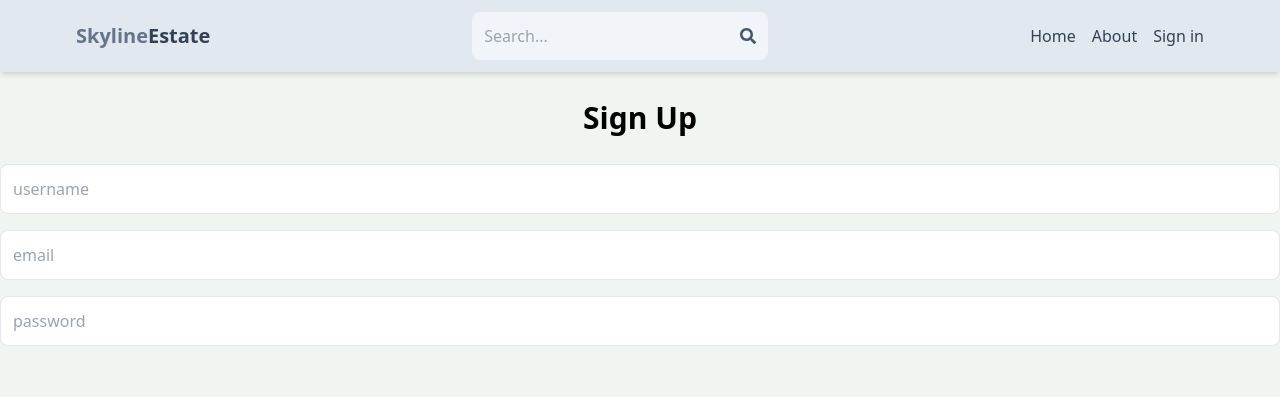
Repository: stavan30/mern-estate
Page: /sign-up (app in client/)
These files come from the project's save history. The page is drawn as it stood at one moment and after the next save; the edit follows.
The browser window is 1280 px wide. The pictures show the whole page.
The project was rebuilt for these pictures with package versions that can differ from the ones it lists, and the page was loaded fresh each time. Also part of the build but not shown: client/vite.config.js, client/src/pages/About.jsx, client/src/pages/Home.jsx, client/src/pages/Profile.jsx, client/src/pages/SignIn.jsx.

Above is the page before, as saved 2024-01-19 02:24:37.

After the next save:
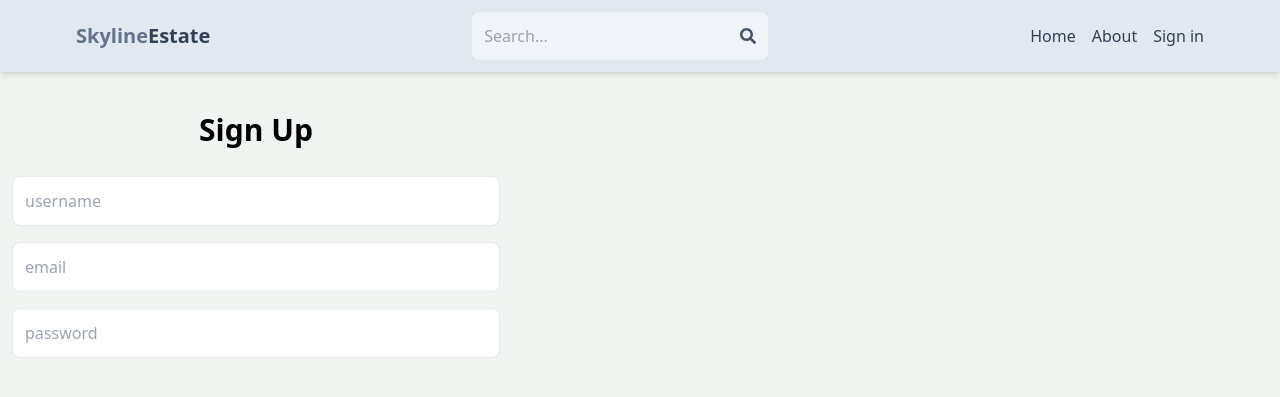
Saved 2 min 42 s later.
--- a/client/src/pages/SignUp.jsx
+++ b/client/src/pages/SignUp.jsx
@@ -2,7 +2,7 @@ import React from 'react'
 
 export default function SignUp() {
   return (
-    <div>
+    <div className='p-3 max-w-lg'>
       <h1 className='text-3xl text-center font-semibold my-7'>
         Sign Up
       </h1>
